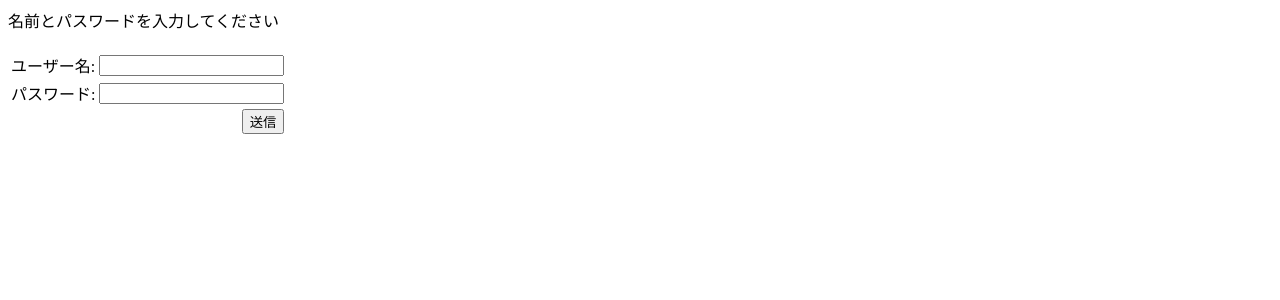
Repository: kf3225/backup
Page: http://localhost/WebProj3/welcome.jsp
An editor plug-in stored every save of this project. The page is shown before and after the next save, followed by the edit.
The browser window is 1280 px wide. The pictures show the whole page.
The page is served by Tomcat 9. Other server files are loaded and not shown.

Above is the page before, as saved 2018-01-17 01:21:59.

### WebProj3/WebContent/welcome.jsp
<%@ page language="java" contentType="text/html; charset=UTF-8"
    pageEncoding="UTF-8"%>
<%@ taglib prefix="s" uri="/struts-tags" %>

<!DOCTYPE html PUBLIC "-//W3C//DTD HTML 4.01 Transitional//EN" "http://www.w3.org/TR/html4/loose.dtd">
<html>
<head>
<meta http-equiv="Content-Type" content="text/html; charset=UTF-8">
<title>WELCOME</title>
</head>
<body>
	名前とパスワードを入力してください<br>
	<s:form method="post" action="LoginAction">
		<s:textfield name="username" label="ユーザー名"/><br>
		<s:password name="password" label="パスワード"/>
		<s:submit value="送信"/>
	</s:form>
</body>
</html>

After the next save:
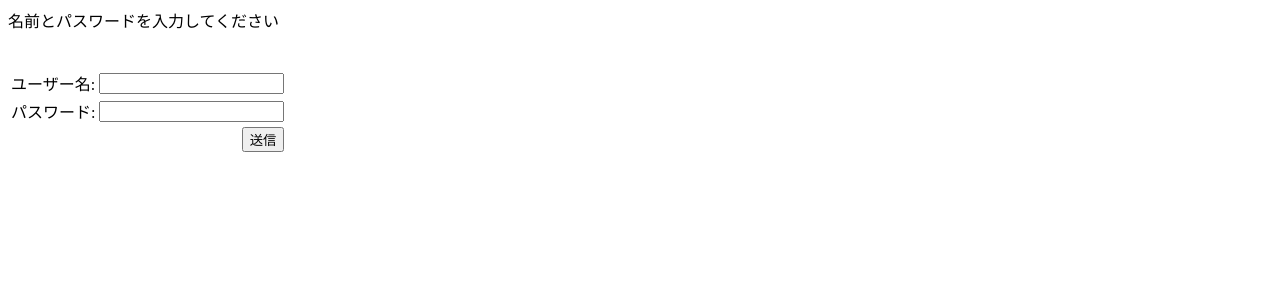
Saved 7 min 40 s later.
--- a/WebProj3/WebContent/welcome.jsp
+++ b/WebProj3/WebContent/welcome.jsp
@@ -12,7 +12,7 @@
 	名前とパスワードを入力してください<br>
 	<s:form method="post" action="LoginAction">
 		<s:textfield name="username" label="ユーザー名"/><br>
-		<s:password name="password" label="パスワード"/>
+		<s:password name="password" label="パスワード"/><br>
 		<s:submit value="送信"/>
 	</s:form>
 </body>
